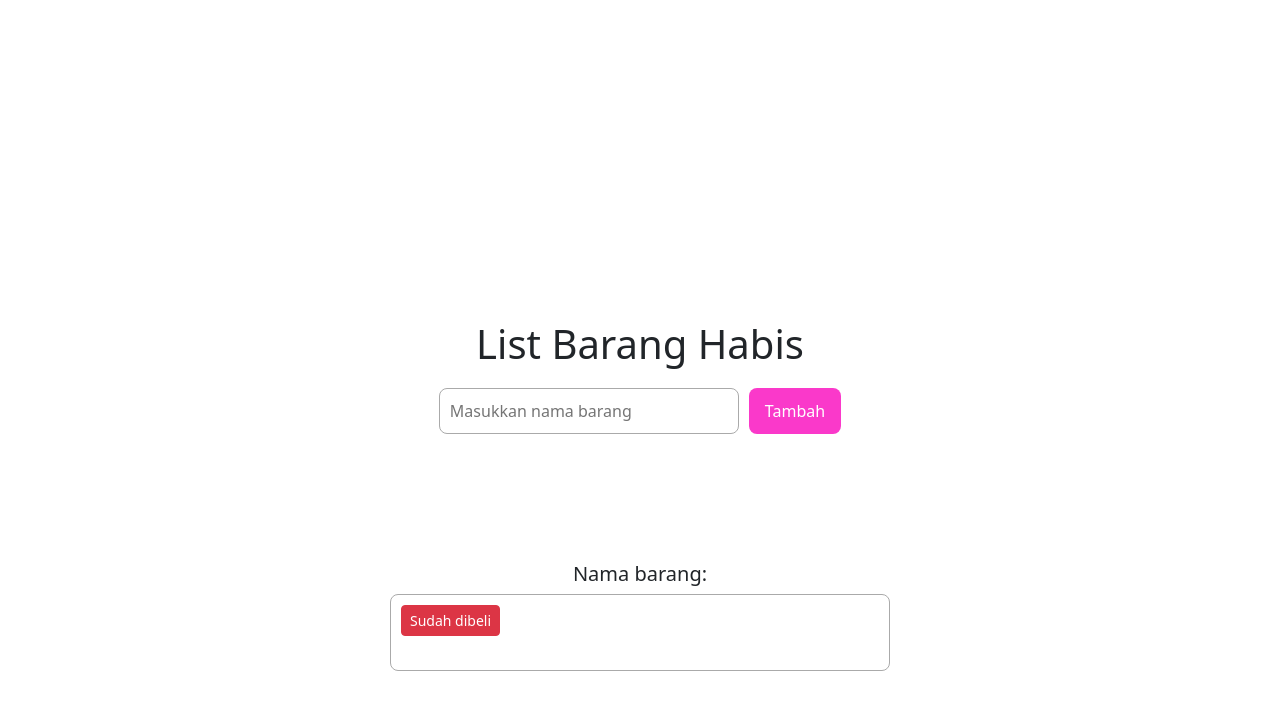
Repository: amorysdeo/dirumah
Page: index.html
An editor plug-in stored every save of this project. The page is shown before and after the next save, followed by the edit.
The browser window is 1280 px wide. The pictures show the whole page.

Above is the page before, as saved 2025-11-27 12:09:00.

After the next save:
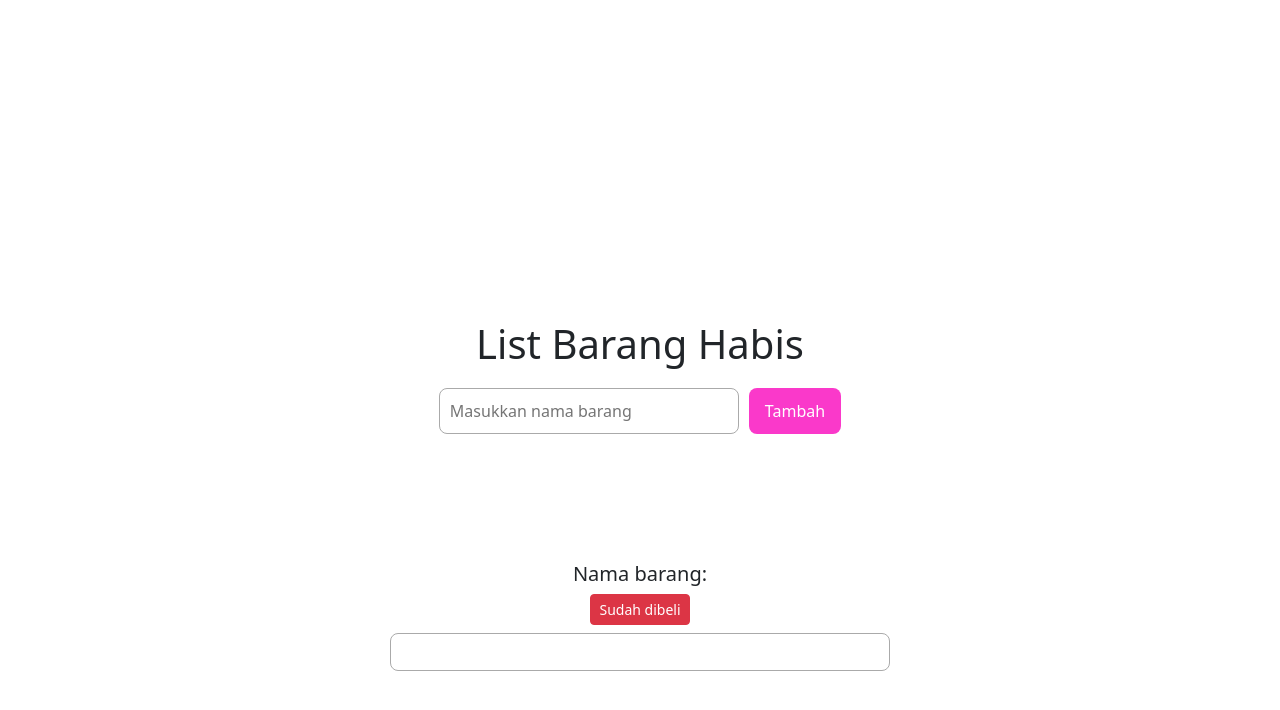
Saved 115 s later.
--- a/index.html
+++ b/index.html
@@ -20,10 +20,16 @@
     </div>
 
     <h5 class="text-center">Nama barang:</h5>
-    <div id="list-box">
-        <button id="clear-all" class="btn btn-danger btn-sm mb-2">Sudah dibeli</button>
-        <ul id="list"></ul>
-    </div>
+
+<!-- Tombol di luar list-box -->
+<div class="text-center mb-2">
+    <button id="clear-all" class="btn btn-danger btn-sm">Sudah dibeli</button>
+</div>
+
+<div id="list-box">
+    <ul id="list"></ul>
+</div>
+
 
 
     <script src="https://cdn.jsdelivr.net/npm/@popperjs/core@2.11.8/dist/umd/popper.min.js"></script>
